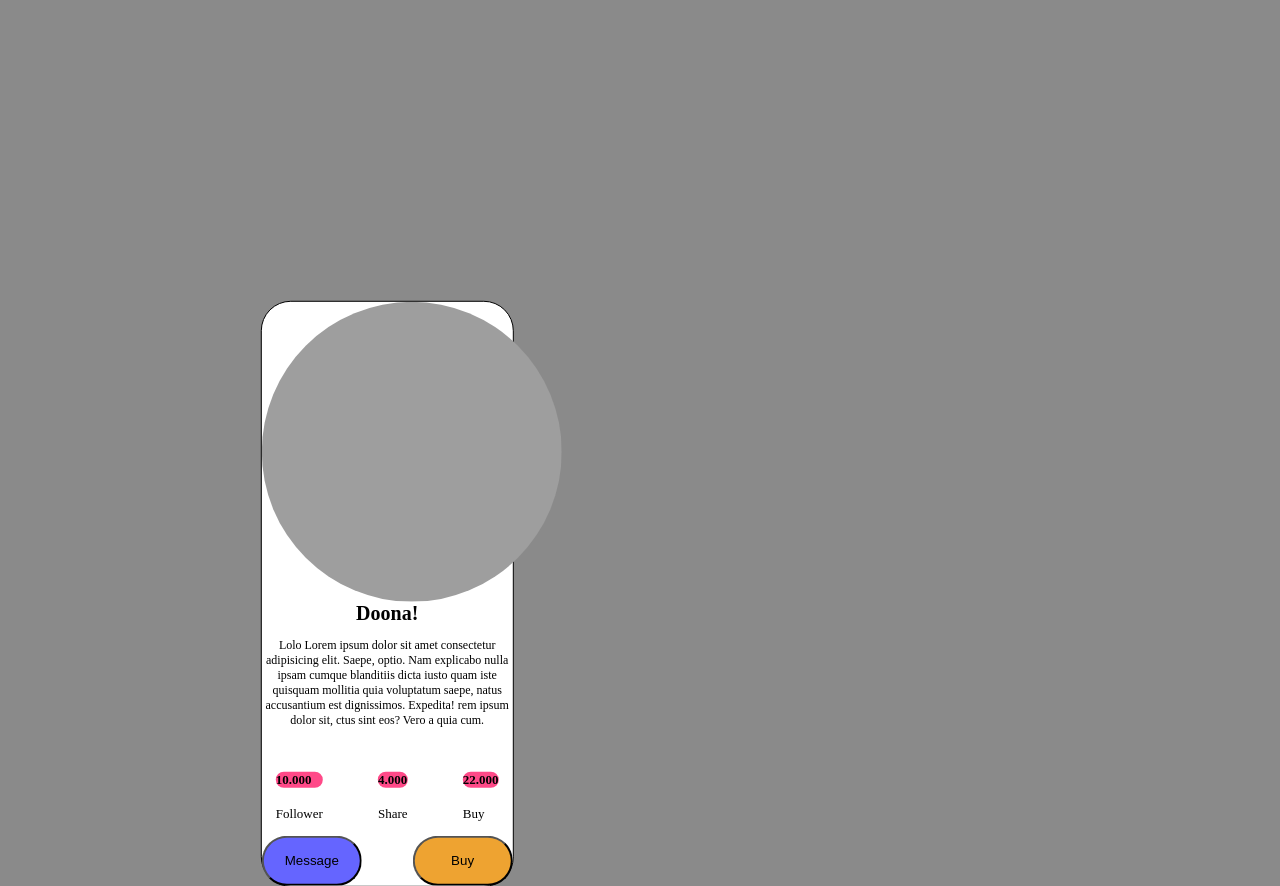
Repository: 16-Doffy/FE-UI
Page: Form-basic copy/index.html
An editor plug-in stored every save of this project. The page is shown before and after the next save, followed by the edit.
The browser window is 1280 px wide. The pictures show the whole page.
Pictures or frames that could not be fetched are drawn as grey boxes.

Above is the page before, as saved 2024-12-25 19:57:03.

After the next save:
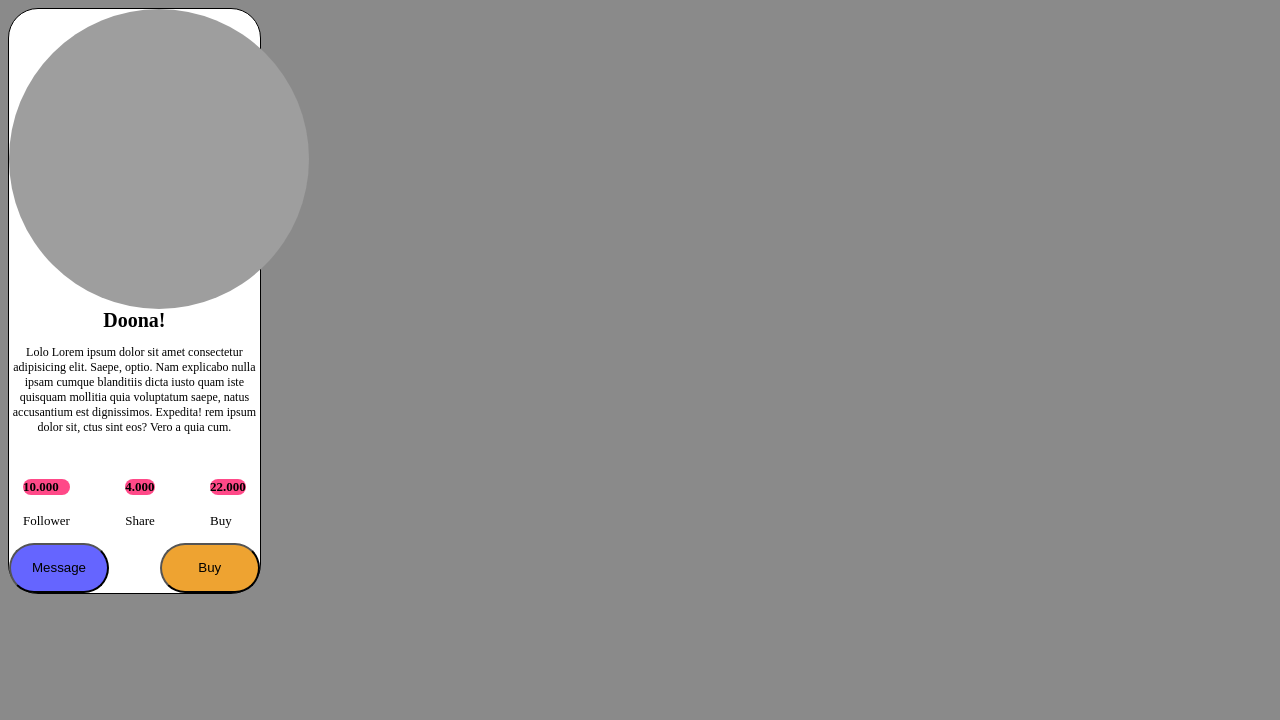
Saved 10 s later.
--- a/Form-basic copy/styles.css
+++ b/Form-basic copy/styles.css
@@ -23,7 +23,7 @@
 } */
 .head{
 
-  transform: translate(100%,50%);
+
 width: 20%;
 height: 80%;
 
